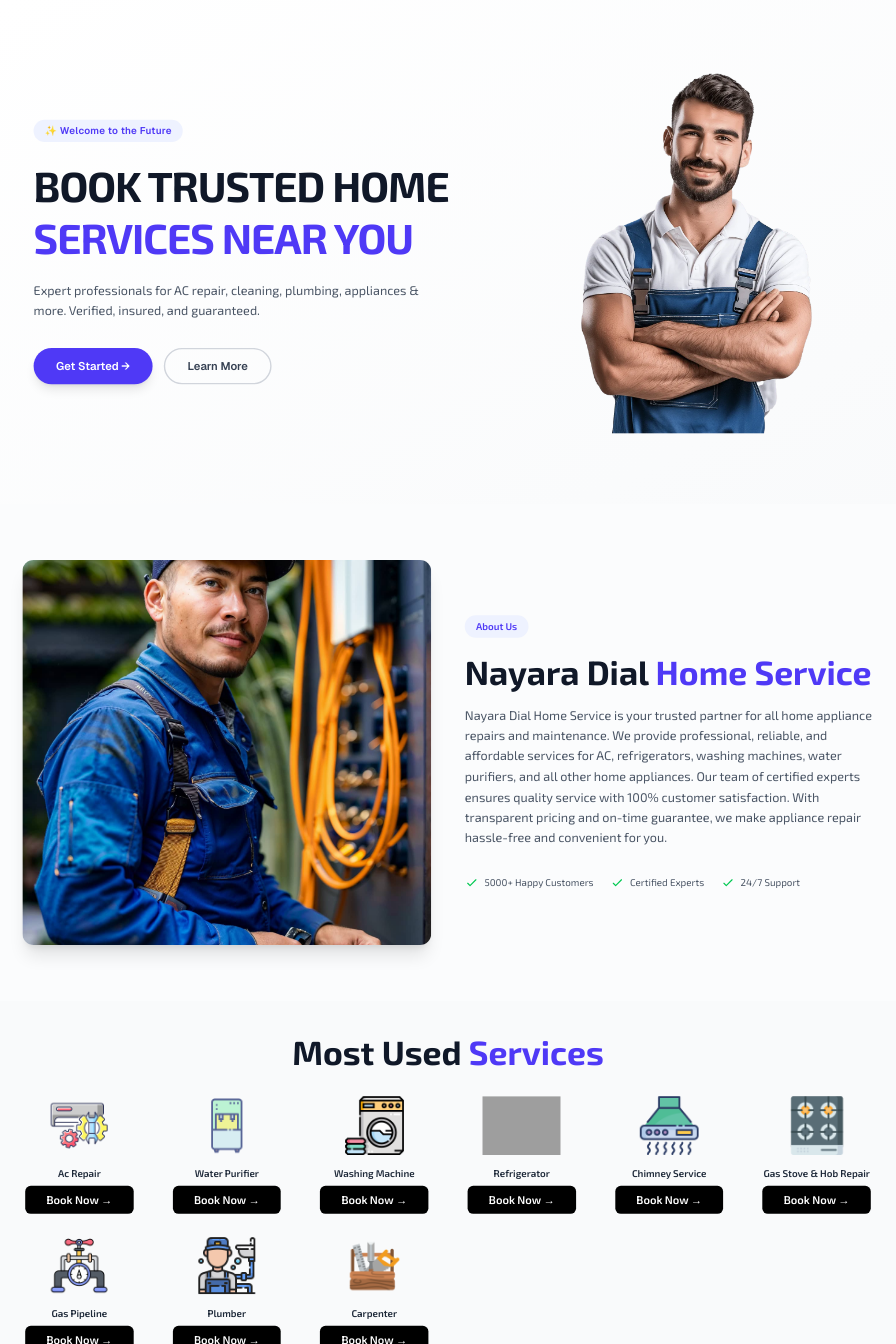
Repository: deepak445566/repai
Page: / (app in repair/)
An editor plug-in stored every save of this project. The page is shown before and after the next save, followed by the edit.
The browser window is 1280 px wide. The pictures show the part of the page from y = 0 to 1920 px (the page is 3456 px tall), at 70% of full size.
Pictures or frames that could not be fetched are drawn as grey boxes. The project was rebuilt for these pictures with package versions that can differ from the ones it lists, and the page was loaded fresh each time. The framework's server and built-in components were replaced by stand-ins that run in the browser. Also part of the build but not shown: repair/next.config.mjs.

Above is the page before, as saved 2026-04-15 14:54:31.

After the next save:
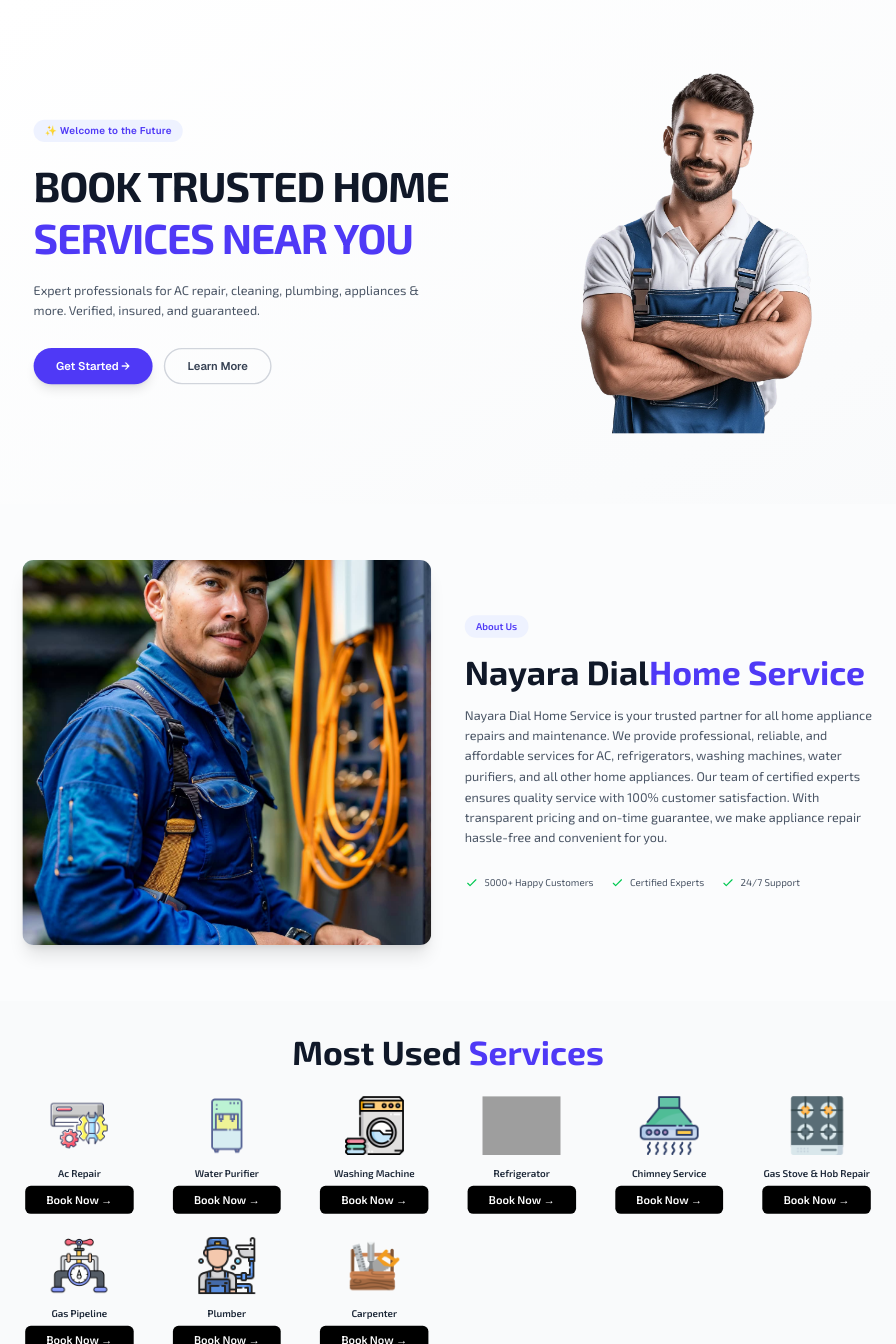
Saved 21 s later.
--- a/repair/src/components/About.jsx
+++ b/repair/src/components/About.jsx
@@ -33,7 +33,7 @@
 
               {/* Heading */}
               <h2 className="text-3xl sm:text-4xl md:text-5xl font-bold text-gray-900">
-                Nayara Dial{" "}
+                Nayara Dial
                 <span className="text-indigo-600">Home Service</span>
               </h2>
 
